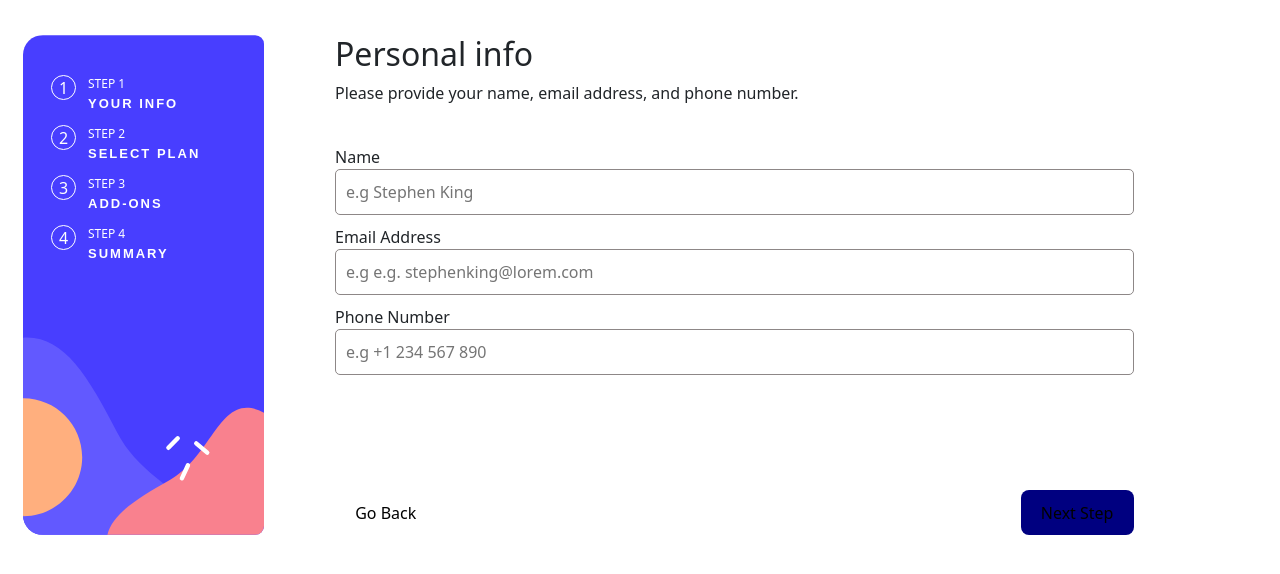
Repository: Celebration-cloud/Multi-Step-Form
Page: /
An editor plug-in stored every save of this project. The page is shown before and after a run of saves, followed by the edit.
The browser window is 1280 px wide. The pictures show the whole page.
The project was rebuilt for these pictures with package versions that can differ from the ones it lists, and the page was loaded fresh each time. Also part of the build but not shown: vite.config.js.

Above is the page before, as saved 2023-10-31 16:05:42.

After the next 3 saves:
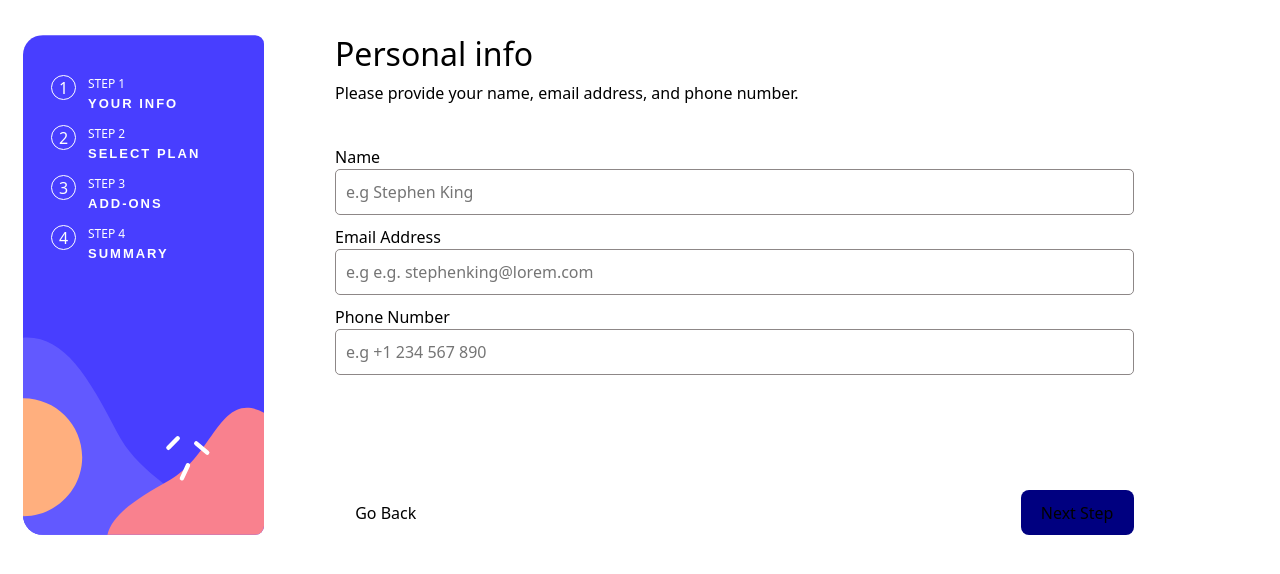
The 3 saves are shown as one change because they came seconds apart.
The last was saved 8 s later.
--- a/src/Procedures/Procedures.jsx
+++ b/src/Procedures/Procedures.jsx
@@ -22,7 +22,7 @@ function Procedures() {
         setPages(prev => prev - 1)
     }
   return (
-    <form >
+    <form className='forms'>
       {slide[pages - 1]}
       <div className="submitStyle">
         <GoBack handlePrev={handlePrev}/>
